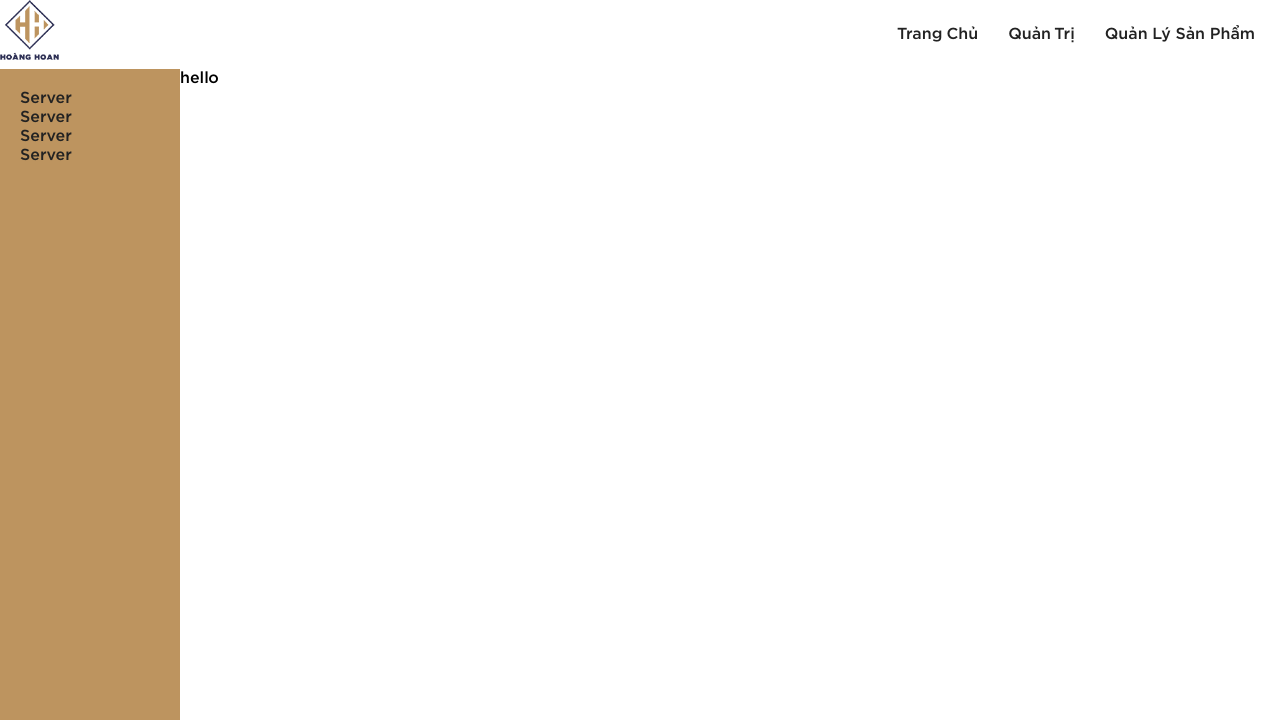
Repository: LDDUNG2003/prj_2
Page: /adminLocal
The author's editor kept a copy of each file at every save. The page is drawn from the files as they stood at one save, then again after the next save.
The browser window is 1280 px wide. The pictures show the whole page.
The project was rebuilt for these pictures with package versions that can differ from the ones it lists, and the page was loaded fresh each time. Also part of the build but not shown: src/layouts/header/itemsHeader/index.js, src/layouts/header/loginHeader/index.js, src/layouts/header/index.js, src/layouts/footer/index.js, src/layouts/defaultLayout/index.js, src/font-awesome/index.js, src/pages/home/setProductSlick/index.js, src/pages/home/index.js and 9 more.

Above is the page before, as saved 2023-10-02 15:50:27.

After the next save:
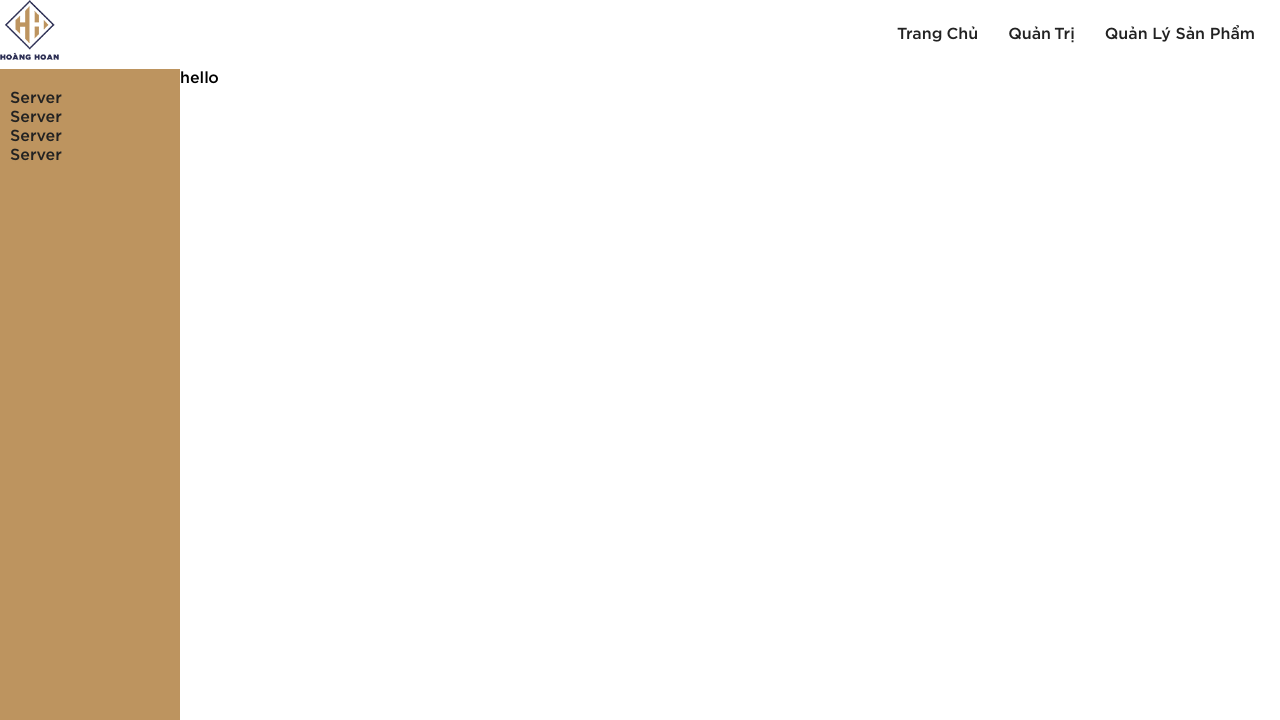
Saved 10 s later.
--- a/src/layouts/AdminLayout/styles/index.css
+++ b/src/layouts/AdminLayout/styles/index.css
@@ -42,6 +42,6 @@
 }
 
 .Menu-List {
-    padding: 20px;
+    padding: 20px 10px;
     list-style: none;
 }
